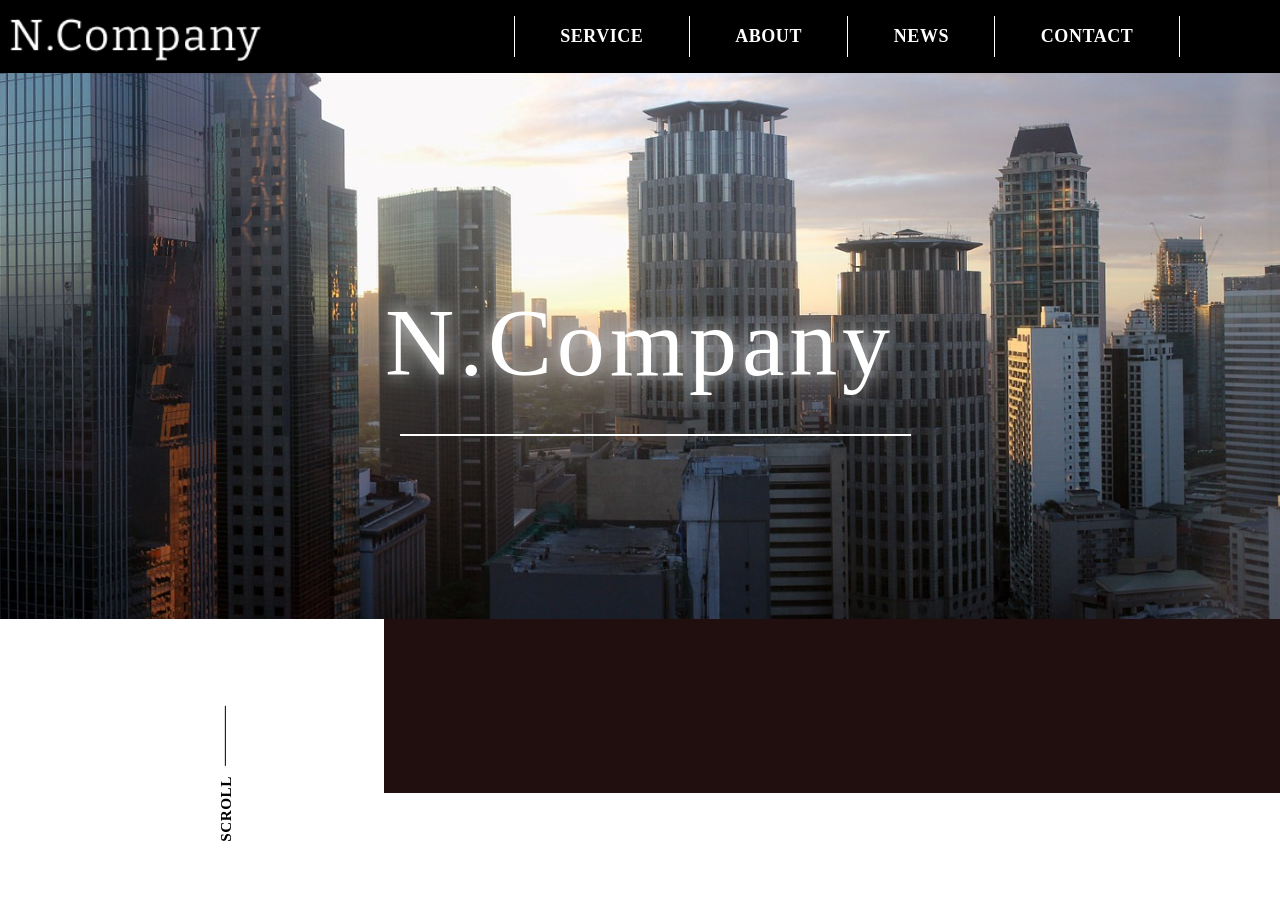
Repository: nozomi-23/hp2_test
Page: index.html
The author's editor kept a copy of each file at every save. The page is drawn from the files as they stood at one save, then again after the next save.
The browser window is 1280 px wide. The pictures show the whole page.
Some web fonts or font styles are not loaded; a fallback is used.

Above is the page before, as saved 2022-06-24 20:41:21.

### index.html
<!DOCTYPE html>
<html lang="ja">
<head>
  <meta charset="UTF-8">
  <title>コンサル事業 N.Company</title>
  <meta name="description" content="専門知識豊富なコンサルタントチームがあらゆる経営課題を解決に導きます。">
  <meta name="keywords" content="コンサル,経営改善,サポート">
  <meta name="viewport" content="width=device-width, initial-scale=1.0">
  <meta property="og:title" content="コンサル事業 N.Company">
  <meta property="og:type" content="article">
  <meta property="og:url" content="https://withcode-plus.tech">
  <meta property="og:image" content="img/logo.png">
  <meta property="og:description" content="専門知識豊富なコンサルタントチームがあらゆる経営課題を解決に導きます。">
  <meta property="og:site_name" content="コンサル事業">
  <link rel="icon" href="favicon.ico">
  <link rel="apple-touch-icon" sizes="180x180" href="img/logo.png">
  <link rel="preconnect" href="https://fonts.googleapis.com">
  <link rel="preconnect" href="https://fonts.gstatic.com" crossorigin>
  <link rel="preconnect" href="https://fonts.googleapis.com">
  <link rel="preconnect" href="https://fonts.gstatic.com" crossorigin>
  <link rel="preconnect" href="https://fonts.googleapis.com">
  <link rel="preconnect" href="https://fonts.gstatic.com" crossorigin>
  <link href="https://fonts.googleapis.com/css2?family=Bitter:wght@300;400&display=swap" rel="stylesheet">
  <link href="https://fonts.googleapis.com/css2?family=Noto+Serif+JP:wght@400;500;700&display=swap" rel="stylesheet">
  <link rel="stylesheet" type="text/css" href="css/reset.css">
  <link rel="stylesheet" type="text/css" href="css/common1.css">
  <link rel="stylesheet" type="text/css" href="css/index.css">
</head>
<body>
  <!-- ======== header ===== -->
  <header>
    <div class="header_inner">
      <h1 class="header_logo">
        <a href="#"><img src="img/logo.png" alt="ロゴ画像"></a>
      </h1>
      <nav class="header_nav">
        <ul>
          <li>
            <a href="html/service.html">SERVICE</a>
          </li>
          <li>
            <a href="html/about.html">ABOUT</a>
          </li>
          <li>
            <a href="html/news.html">NEWS</a>
          </li>
          <li>
            <a href="html/contact.html">CONTACT</a>
          </li>
        </ul>
      </nav>
    </div>
    <div class="drawer"></div>
  </header>

  <main>
    <!-- ======== fv ===== -->

    <section class="first_view_wrapper">
      <div class="first_view">
        <div class="bg_img_wrapper">
          <h2 class="top_ttl">N.Company</h2>
          <img src="img/fv_img.png" alt="ファーストビュー画像">
        </div>
      </div>
      <div class="fv_txt_wrapper">
        <span class="top_arrow_txt">SCROLL</span>
      </div>
    </section>

    <!-- ======== service ===== -->

    <section class="service section">
      <div class="inner">

      </div>
    </section>
  </main>
</body>
</html>

### css/reset.css
@charset "UTF-8";

html,
body,
div,
span,
object,
iframe,
h1,
h2,
h3,
h4,
h5,
h6,
p,
blockquote,
pre,
abbr,
address,
cite,
code,
del,
dfn,
em,
img,
ins,
kbd,
q,
samp,
small,
strong,
sub,
sup,
var,
b,
i,
dl,
dt,
dd,
ol,
ul,
li,
fieldset,
form,
label,
legend,
table,
caption,
tbody,
tfoot,
thead,
tr,
th,
td,
article,
aside,
canvas,
details,
figcaption,
figure,
footer,
header,
hgroup,
menu,
nav,
section,
summary,
time,
mark,
audio,
video {
  margin: 0;
  padding: 0;
  border: 0;
  outline: 0;
  font-size: 100%;
  vertical-align: baseline;
  background: transparent;
}

body {
  line-height: 1;
}

article,
aside,
details,
figcaption,
figure,
footer,
header,
hgroup,
menu,
nav,
section {
  display: block;
}

nav ul {
  list-style: none;
}

blockquote,
q {
  quotes: none;
}

blockquote:before,
blockquote:after,
q:before,
q:after {
  content: '';
  content: none;
}

a {
  margin: 0;
  padding: 0;
  font-size: 100%;
  vertical-align: baseline;
  background: transparent;
}

/* change colours to suit your needs */
ins {
  background-color: #ff9;
  color: #000;
  text-decoration: none;
}

/* change colours to suit your needs */
mark {
  background-color: #ff9;
  color: #000;
  font-style: italic;
  font-weight: bold;
}

del {
  text-decoration: line-through;
}

abbr[title],
dfn[title] {
  border-bottom: 1px dotted;
  cursor: help;
}

table {
  border-collapse: collapse;
  border-spacing: 0;
}

/* change border colour to suit your needs */
hr {
  display: block;
  height: 1px;
  border: 0;
  border-top: 1px solid #cccccc;
  margin: 1em 0;
  padding: 0;
}

input,
select {
  vertical-align: middle;
}

### css/common1.css
@charset "UTF-8";

body {
  font-size: 18px;
  color: #000;
  letter-spacing: 0.03em;
  font-family: 'Noto Serif JP', serif;
}
li {
  list-style: none;
}
a {
  text-decoration: none;
  cursor: pointer;
}
/* =====================
共通レイアウト
========================*/

.section {
  margin: 10% 0;
  position: relative;
}

.inner {
  width: 80%;
  margin: 0 auto;
  background-color: aqua;
}

/* =====================
共通パーツ
========================*/
/* =====================
header
========================*/
header {
  background: #000;
}

.header_inner {
  display: flex;
  justify-content: space-between;
  align-items: center;
  padding: 0.7%;
}

.header_logo {
  width: 20%;
}
.header_logo img {
  width: 100%;
  height: 100%;
}

.header_nav {
  width: 60%;
  height: auto;
}

.header_nav ul {
  display: flex;
  align-items: center;
}

.header_nav ul li {
  padding: 1.5% 6%;
  border-left: solid 1px #fff;
}

.header_nav ul li:last-child {
  border-right: solid 1px #fff;
}

.header_nav ul li a {
  display: block;
  color: #fff;
  font-weight: bold;
}

.header_nav ul li a:hover {
  color: #AB9999;
}

header .drawer {
  visibility: hidden;
}

### css/index.css
@charset "UTF-8";

/* =====================
fv
========================*/

.first_view {
  position: relative;
  height: 100vh;
}

.first_view::before {
  content: "";
  width: 70%;
  height: 100%;
  background: #210E0E;
  display: block;
  position: absolute;
  top:0;
  right: 0;
}

.bg_img_wrapper {
  position: absolute;
  width: 100%;
  height: 75vh;
}

.bg_img_wrapper img {
  width: 100%;
  height: auto  ;
}

.top_ttl {
  position: absolute;
  top: 50%;
  left: 50%;
  transform: translate(-50%, -50%);
  font-family: 'Bitter', serif;
  font-weight: 300;
  font-size: 6rem;
  color: #fff;
  text-shadow: 0px 0px 20px #FFFFFF;
  letter-spacing: 0.05em;
}
.top_ttl::after {
  content: "";
  bottom: -45px;
  left: 15px;
  display: block;
  width: 5.3em;
  border: solid 1px #fff;
  position: absolute;
  bottom: -45px;
  left: 15px;
}

.fv_txt_wrapper {
  position: absolute;
  top: 50rem;
  left: 15%;
  transform: rotate(270deg);
  z-index: 99;
}

.top_arrow_txt {
  font-weight: bold;
  font-size: 0.95rem;
}

.top_arrow_txt::after {
  content: "";
  width: 60px;
  border-bottom: solid 1px ;
  display: inline-block;
  position: absolute;
  top: 50%;
  left: 115%;
}
/* =====================
service
========================*/

After the next save:
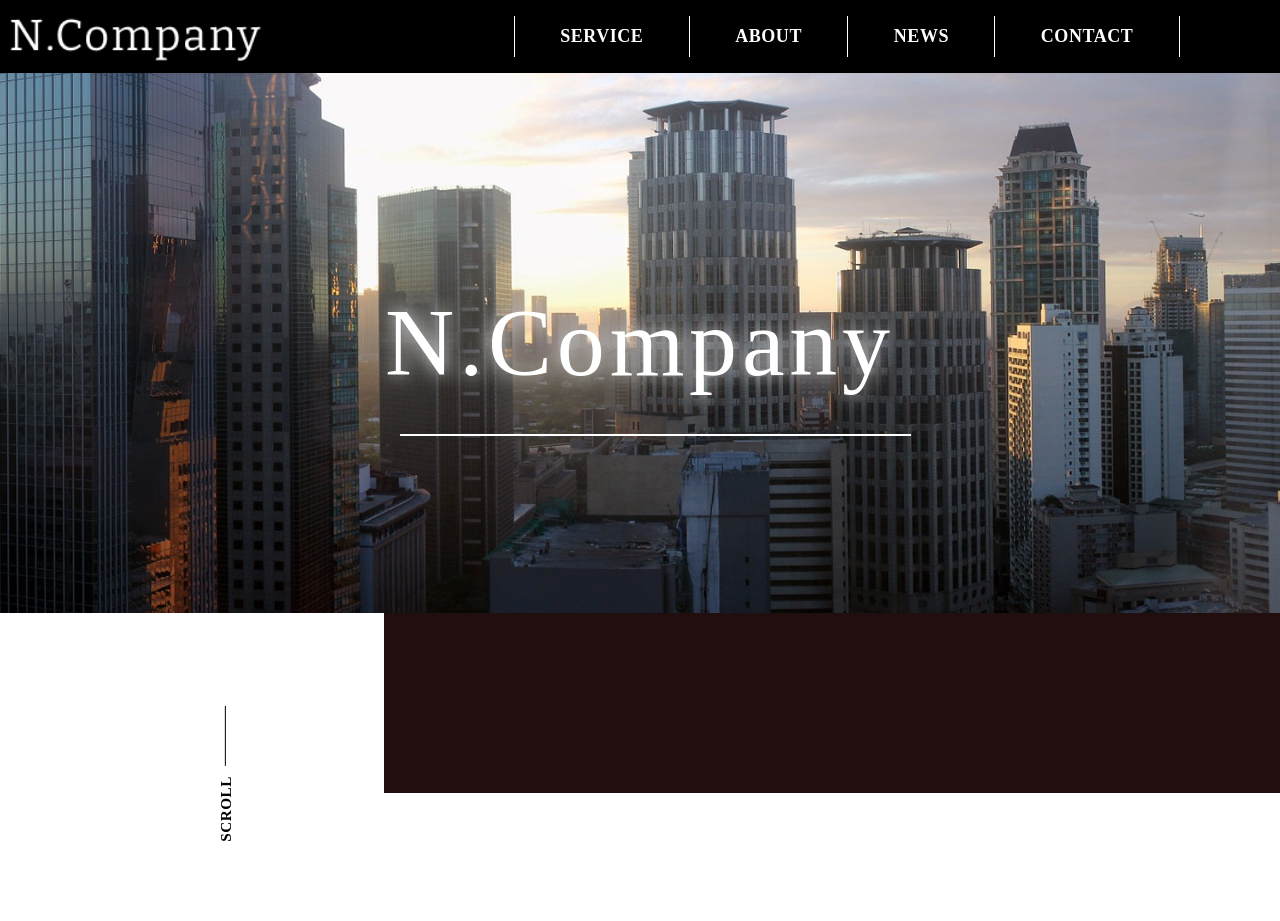
Saved 31 s later.
--- a/css/index.css
+++ b/css/index.css
@@ -28,7 +28,8 @@
 
 .bg_img_wrapper img {
   width: 100%;
-  height: auto  ;
+  height:100%
+    ;
 }
 
 .top_ttl {

After the 4 saves that followed:
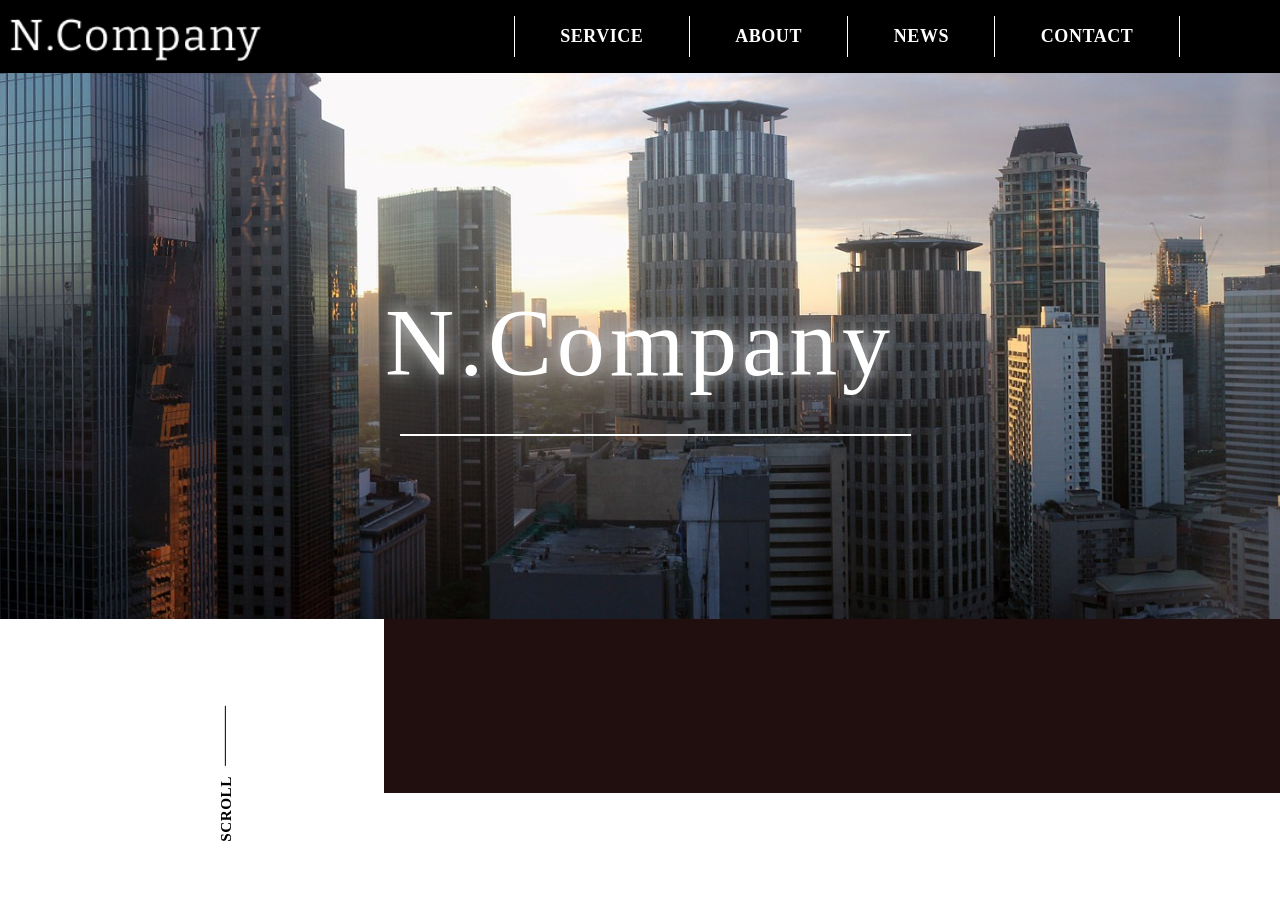
The 4 saves are shown as one change because 1 left the picture as it was and some came seconds apart.
The last was saved 56 s later.
--- a/css/index.css
+++ b/css/index.css
@@ -28,8 +28,7 @@
 
 .bg_img_wrapper img {
   width: 100%;
-  height:100%
-    ;
+  height:auto;
 }
 
 .top_ttl {
